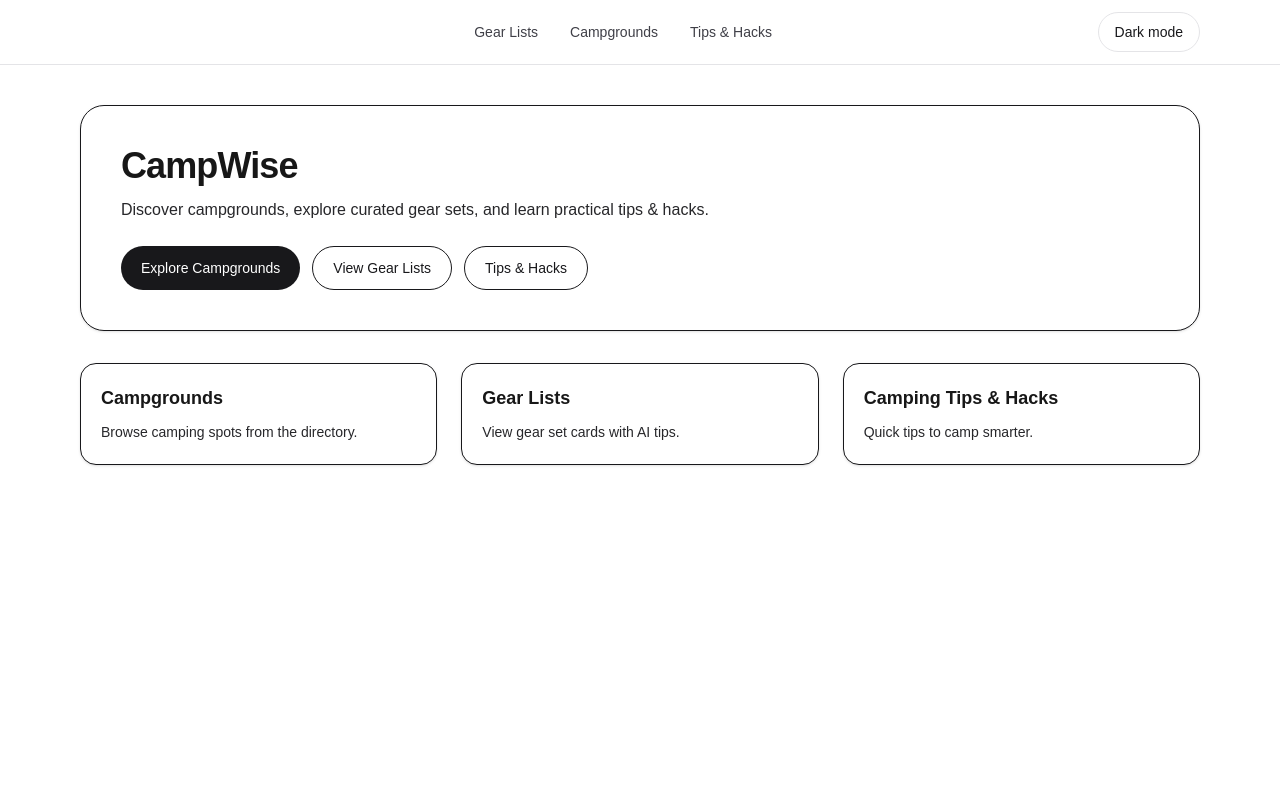
Repository: sinthob/campWise
Page: /
These files come from the project's save history. The page is drawn as it stood at one moment and after the next save; the edit follows.
The browser window is 1280 px wide. The pictures show the whole page.
The project was rebuilt for these pictures with package versions that can differ from the ones it lists, and the page was loaded fresh each time. The framework's server and built-in components were replaced by stand-ins that run in the browser. Also part of the build but not shown: next.config.ts.

Above is the page before, as saved 2026-02-21 03:42:23.

### app/layout.tsx
import type { Metadata } from "next";
import { Geist, Geist_Mono } from "next/font/google";
import "./globals.css";
import { Providers } from "./providers";
import NavBar from "./components/nav-bar";

const geistSans = Geist({
  variable: "--font-geist-sans",
  subsets: ["latin"],
});

const geistMono = Geist_Mono({
  variable: "--font-geist-mono",
  subsets: ["latin"],
});

export const metadata: Metadata = {
  title: "Create Next App",
  description: "Generated by create next app",
};

export default function RootLayout({
  children,
}: Readonly<{
  children: React.ReactNode;
}>) {
  return (
    <html lang="en" suppressHydrationWarning>
      <body
        className={`${geistSans.variable} ${geistMono.variable} min-h-screen bg-background text-foreground antialiased`}
      >
        <Providers>
          <NavBar />
          {children}
        </Providers>
      </body>
    </html>
  );
}

### app/page.tsx
import Link from "next/link";

export default function Home() {
  return (
    <div className="min-h-screen bg-background text-foreground">
      <main className="mx-auto w-full max-w-6xl px-4 py-10">
        <section className="overflow-hidden rounded-3xl border border-zinc-900 bg-white p-6 shadow-sm dark:border-zinc-800 dark:bg-zinc-950 sm:p-10">
          <div className="max-w-2xl">
            <h1 className="text-3xl font-semibold tracking-tight sm:text-4xl">
              CampWise
            </h1>
            <p className="mt-3 text-sm leading-6 text-zinc-800 dark:text-zinc-400 sm:text-base">
              Discover campgrounds, explore curated gear sets, and learn
              practical tips &amp; hacks.
            </p>
            <div className="mt-6 flex flex-col gap-3 sm:flex-row">
              <Link
                href="/campgrounds"
                className="inline-flex h-11 items-center justify-center rounded-full bg-zinc-900 px-5 text-sm font-medium text-white hover:bg-zinc-800 dark:bg-zinc-50 dark:text-zinc-900 dark:hover:bg-zinc-200"
              >
                Explore Campgrounds
              </Link>
              <Link
                href="/gear-lists"
                className="inline-flex h-11 items-center justify-center rounded-full border border-zinc-900 bg-white px-5 text-sm font-medium text-zinc-900 hover:bg-zinc-50 dark:border-zinc-800 dark:bg-zinc-950 dark:text-zinc-50 dark:hover:bg-zinc-900"
              >
                View Gear Lists
              </Link>
              <Link
                href="/camping-hacks"
                className="inline-flex h-11 items-center justify-center rounded-full border border-zinc-900 bg-white px-5 text-sm font-medium text-zinc-900 hover:bg-zinc-50 dark:border-zinc-800 dark:bg-zinc-950 dark:text-zinc-50 dark:hover:bg-zinc-900"
              >
                Tips &amp; Hacks
              </Link>
            </div>
          </div>
        </section>

        <section className="mt-8 grid grid-cols-1 gap-6 sm:grid-cols-2 lg:grid-cols-3">
          <Link
            href="/campgrounds"
            className="rounded-2xl border border-zinc-900 bg-white p-5 shadow-sm hover:bg-zinc-50 dark:border-zinc-800 dark:bg-zinc-950 dark:hover:bg-zinc-900"
          >
            <h2 className="text-lg font-semibold">Campgrounds</h2>
            <p className="mt-2 text-sm leading-6 text-zinc-800 dark:text-zinc-400">
              Browse camping spots from the directory.
            </p>
          </Link>

          <Link
            href="/gear-lists"
            className="rounded-2xl border border-zinc-900 bg-white p-5 shadow-sm hover:bg-zinc-50 dark:border-zinc-800 dark:bg-zinc-950 dark:hover:bg-zinc-900"
          >
            <h2 className="text-lg font-semibold">Gear Lists</h2>
            <p className="mt-2 text-sm leading-6 text-zinc-800 dark:text-zinc-400">
              View gear set cards with AI tips.
            </p>
          </Link>

          <Link
            href="/camping-hacks"
            className="rounded-2xl border border-zinc-900 bg-white p-5 shadow-sm hover:bg-zinc-50 dark:border-zinc-800 dark:bg-zinc-950 dark:hover:bg-zinc-900"
          >
            <h2 className="text-lg font-semibold">Camping Tips &amp; Hacks</h2>
            <p className="mt-2 text-sm leading-6 text-zinc-800 dark:text-zinc-400">
              Quick tips to camp smarter.
            </p>
          </Link>
        </section>
      </main>
    </div>
  );
}

### app/globals.css
@import "tailwindcss";

:root {
  --background: #ffffff;
  --foreground: #171717;
  color-scheme: light;
}

@theme inline {
  --color-background: var(--background);
  --color-foreground: var(--foreground);
  --font-sans: var(--font-geist-sans);
  --font-mono: var(--font-geist-mono);
}

.dark {
  --background: #0a0a0a;
  --foreground: #ededed;
  color-scheme: dark;
}

body {
  background: var(--background);
  color: var(--foreground);
  font-family: Arial, Helvetica, sans-serif;
}

### app/providers.tsx
"use client";

import { ThemeProvider } from "next-themes";

export function Providers(props: { children: React.ReactNode }) {
  return (
    <ThemeProvider
      attribute="class"
      defaultTheme="light"
      enableSystem={false}
      storageKey="campwise-theme"
    >
      {props.children}
    </ThemeProvider>
  );
}

### app/components/nav-bar.tsx
"use client";

import Link from "next/link";
import { useTheme } from "next-themes";

export default function NavBar() {
  const { resolvedTheme, setTheme } = useTheme();
  const isDark = resolvedTheme === "dark";

  return (
    <header className="sticky top-0 z-50 border-b border-zinc-200 bg-white/80 backdrop-blur dark:border-zinc-800 dark:bg-zinc-950/80">
      <div className="mx-auto flex w-full max-w-6xl items-center justify-between gap-4 px-4 py-3">
        <Link
          href="/"
          className="text-sm font-semibold tracking-tight text-white"
        >
          CampWise
        </Link>

        <nav className="hidden items-center gap-2 sm:flex">
          <Link
            href="/gear-lists"
            className="rounded-full px-3 py-2 text-sm text-zinc-700 hover:bg-zinc-100 dark:text-zinc-200 dark:hover:bg-zinc-900"
          >
            Gear Lists
          </Link>
          <Link
            href="/campgrounds"
            className="rounded-full px-3 py-2 text-sm text-zinc-700 hover:bg-zinc-100 dark:text-zinc-200 dark:hover:bg-zinc-900"
          >
            Campgrounds
          </Link>
          <Link
            href="/camping-hacks"
            className="rounded-full px-3 py-2 text-sm text-zinc-700 hover:bg-zinc-100 dark:text-zinc-200 dark:hover:bg-zinc-900"
          >
            Tips &amp; Hacks
          </Link>
        </nav>

        <button
          type="button"
          onClick={() => {
            setTheme(isDark ? "light" : "dark");
          }}
          aria-label="Toggle dark mode"
          className="inline-flex h-10 items-center justify-center rounded-full border border-zinc-200 bg-white px-4 text-sm font-medium text-zinc-900 hover:bg-zinc-50 dark:border-zinc-800 dark:bg-zinc-950 dark:text-zinc-50 dark:hover:bg-zinc-900"
        >
          {isDark ? "Light mode" : "Dark mode"}
        </button>
      </div>

      <nav className="mx-auto flex w-full max-w-6xl gap-2 px-4 pb-3 sm:hidden">
        <Link
          href="/gear-lists"
          className="flex-1 rounded-full px-3 py-2 text-center text-sm text-zinc-700 hover:bg-zinc-100 dark:text-zinc-200 dark:hover:bg-zinc-900"
        >
          Gear
        </Link>
        <Link
          href="/campgrounds"
          className="flex-1 rounded-full px-3 py-2 text-center text-sm text-zinc-700 hover:bg-zinc-100 dark:text-zinc-200 dark:hover:bg-zinc-900"
        >
          Camps
        </Link>
        <Link
          href="/camping-hacks"
          className="flex-1 rounded-full px-3 py-2 text-center text-sm text-zinc-700 hover:bg-zinc-100 dark:text-zinc-200 dark:hover:bg-zinc-900"
        >
          Tips
        </Link>
      </nav>
    </header>
  );
}

After the next save:
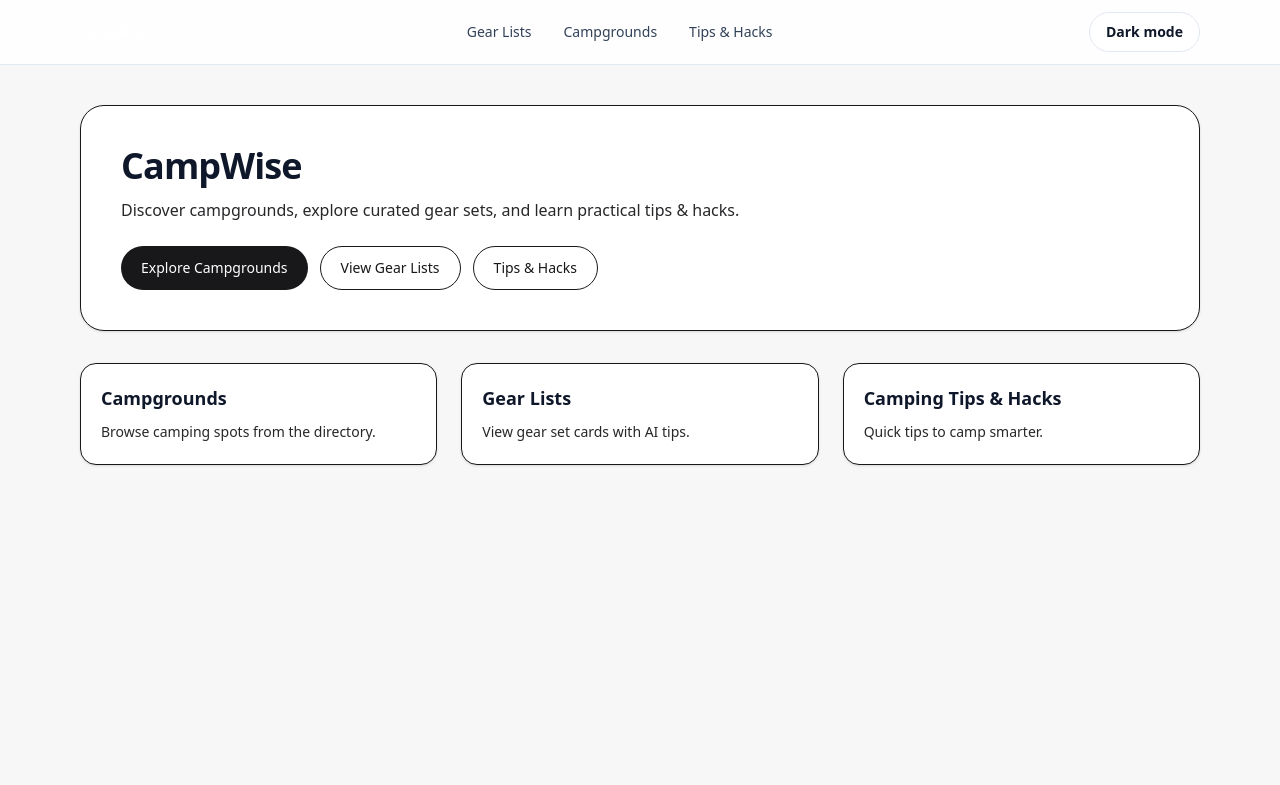
Saved 7 min 47 s later.
--- a/app/layout.tsx
+++ b/app/layout.tsx
@@ -1,11 +1,11 @@
 import type { Metadata } from "next";
-import { Geist, Geist_Mono } from "next/font/google";
+import { Geist_Mono, Plus_Jakarta_Sans } from "next/font/google";
 import "./globals.css";
 import { Providers } from "./providers";
 import NavBar from "./components/nav-bar";
 
-const geistSans = Geist({
-  variable: "--font-geist-sans",
+const displayFont = Plus_Jakarta_Sans({
+  variable: "--font-display",
   subsets: ["latin"],
 });
 
@@ -27,7 +27,7 @@ export default function RootLayout({
   return (
     <html lang="en" suppressHydrationWarning>
       <body
-        className={`${geistSans.variable} ${geistMono.variable} min-h-screen bg-background text-foreground antialiased`}
+        className={`${displayFont.variable} ${geistMono.variable} min-h-screen bg-background text-foreground antialiased`}
       >
         <Providers>
           <NavBar />
--- a/app/globals.css
+++ b/app/globals.css
@@ -1,26 +1,28 @@
 @import "tailwindcss";
 
 :root {
-  --background: #ffffff;
-  --foreground: #171717;
+  --background: #f6f7f6;
+  --foreground: #0f172a;
+  --primary: #2c5926;
   color-scheme: light;
 }
 
 @theme inline {
   --color-background: var(--background);
   --color-foreground: var(--foreground);
-  --font-sans: var(--font-geist-sans);
+  --color-primary: var(--primary);
+  --font-sans: var(--font-display);
   --font-mono: var(--font-geist-mono);
 }
 
 .dark {
-  --background: #0a0a0a;
-  --foreground: #ededed;
+  --background: #161d15;
+  --foreground: #f1f5f9;
   color-scheme: dark;
 }
 
 body {
   background: var(--background);
   color: var(--foreground);
-  font-family: Arial, Helvetica, sans-serif;
+  font-family: var(--font-sans);
 }
--- a/app/components/nav-bar.tsx
+++ b/app/components/nav-bar.tsx
@@ -8,7 +8,7 @@ export default function NavBar() {
   const isDark = resolvedTheme === "dark";
 
   return (
-    <header className="sticky top-0 z-50 border-b border-zinc-200 bg-white/80 backdrop-blur dark:border-zinc-800 dark:bg-zinc-950/80">
+    <header className="sticky top-0 z-50 border-b border-slate-200 bg-white/80 backdrop-blur dark:border-slate-800 dark:bg-slate-950/80">
       <div className="mx-auto flex w-full max-w-6xl items-center justify-between gap-4 px-4 py-3">
         <Link
           href="/"
@@ -20,19 +20,19 @@ export default function NavBar() {
         <nav className="hidden items-center gap-2 sm:flex">
           <Link
             href="/gear-lists"
-            className="rounded-full px-3 py-2 text-sm text-zinc-700 hover:bg-zinc-100 dark:text-zinc-200 dark:hover:bg-zinc-900"
+            className="rounded-full px-3 py-2 text-sm text-slate-700 hover:bg-slate-100 hover:text-primary dark:text-slate-200 dark:hover:bg-slate-900"
           >
             Gear Lists
           </Link>
           <Link
             href="/campgrounds"
-            className="rounded-full px-3 py-2 text-sm text-zinc-700 hover:bg-zinc-100 dark:text-zinc-200 dark:hover:bg-zinc-900"
+            className="rounded-full px-3 py-2 text-sm text-slate-700 hover:bg-slate-100 hover:text-primary dark:text-slate-200 dark:hover:bg-slate-900"
           >
             Campgrounds
           </Link>
           <Link
             href="/camping-hacks"
-            className="rounded-full px-3 py-2 text-sm text-zinc-700 hover:bg-zinc-100 dark:text-zinc-200 dark:hover:bg-zinc-900"
+            className="rounded-full px-3 py-2 text-sm text-slate-700 hover:bg-slate-100 hover:text-primary dark:text-slate-200 dark:hover:bg-slate-900"
           >
             Tips &amp; Hacks
           </Link>
@@ -44,7 +44,7 @@ export default function NavBar() {
             setTheme(isDark ? "light" : "dark");
           }}
           aria-label="Toggle dark mode"
-          className="inline-flex h-10 items-center justify-center rounded-full border border-zinc-200 bg-white px-4 text-sm font-medium text-zinc-900 hover:bg-zinc-50 dark:border-zinc-800 dark:bg-zinc-950 dark:text-zinc-50 dark:hover:bg-zinc-900"
+          className="inline-flex h-10 items-center justify-center rounded-full border border-slate-200 bg-white px-4 text-sm font-semibold text-slate-900 hover:bg-slate-50 dark:border-slate-800 dark:bg-slate-950 dark:text-slate-50 dark:hover:bg-slate-900"
         >
           {isDark ? "Light mode" : "Dark mode"}
         </button>
@@ -53,19 +53,19 @@ export default function NavBar() {
       <nav className="mx-auto flex w-full max-w-6xl gap-2 px-4 pb-3 sm:hidden">
         <Link
           href="/gear-lists"
-          className="flex-1 rounded-full px-3 py-2 text-center text-sm text-zinc-700 hover:bg-zinc-100 dark:text-zinc-200 dark:hover:bg-zinc-900"
+          className="flex-1 rounded-full px-3 py-2 text-center text-sm text-slate-700 hover:bg-slate-100 hover:text-primary dark:text-slate-200 dark:hover:bg-slate-900"
         >
           Gear
         </Link>
         <Link
           href="/campgrounds"
-          className="flex-1 rounded-full px-3 py-2 text-center text-sm text-zinc-700 hover:bg-zinc-100 dark:text-zinc-200 dark:hover:bg-zinc-900"
+          className="flex-1 rounded-full px-3 py-2 text-center text-sm text-slate-700 hover:bg-slate-100 hover:text-primary dark:text-slate-200 dark:hover:bg-slate-900"
         >
           Camps
         </Link>
         <Link
           href="/camping-hacks"
-          className="flex-1 rounded-full px-3 py-2 text-center text-sm text-zinc-700 hover:bg-zinc-100 dark:text-zinc-200 dark:hover:bg-zinc-900"
+          className="flex-1 rounded-full px-3 py-2 text-center text-sm text-slate-700 hover:bg-slate-100 hover:text-primary dark:text-slate-200 dark:hover:bg-slate-900"
         >
           Tips
         </Link>
